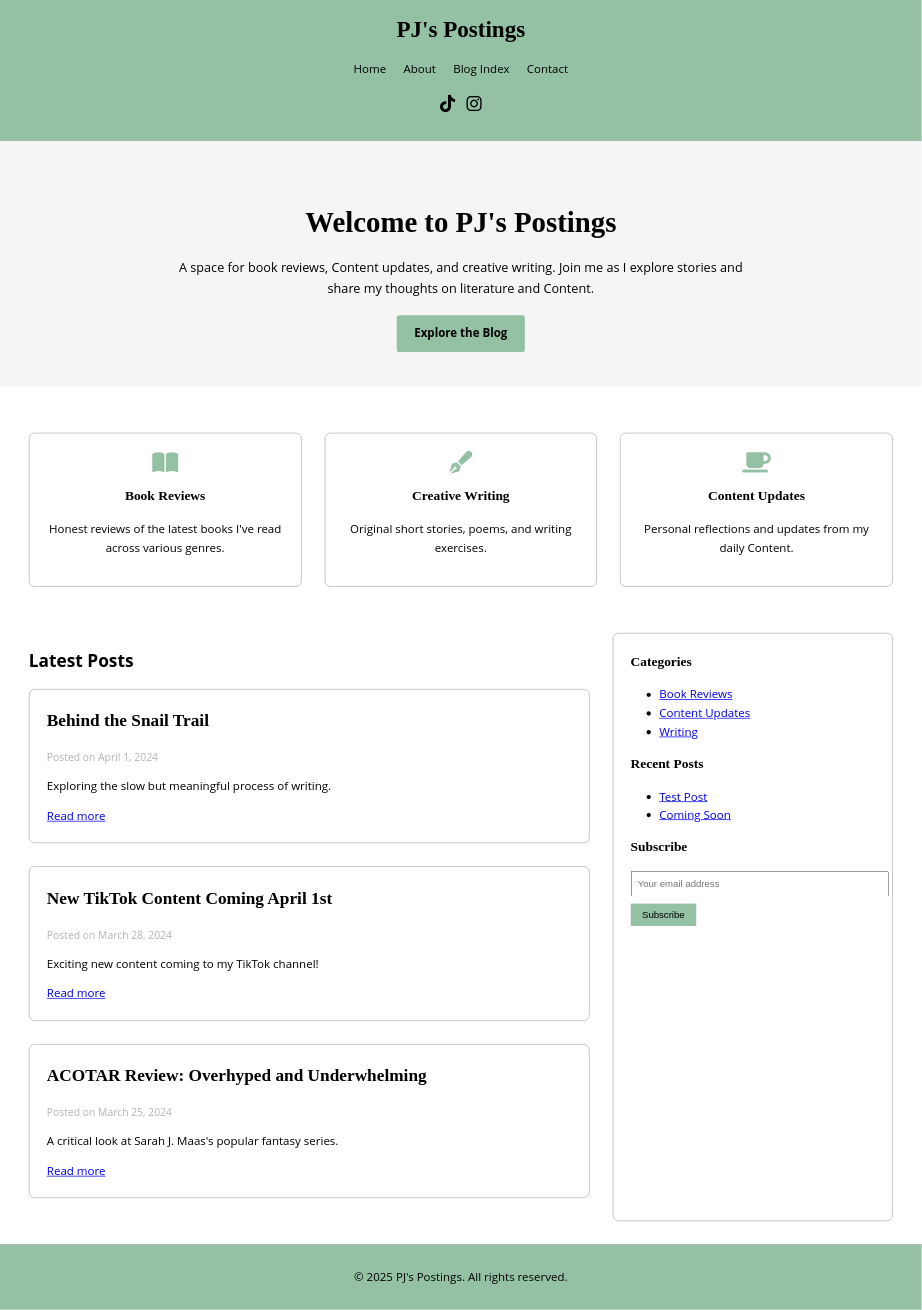
Repository: pjpatrick071/pjpatrick071.github.io
Page: index.html
An editor plug-in stored every save of this project. The page is shown before and after a run of saves, followed by the edit.
The browser window is 1280 px wide. The pictures show the whole page, at 72% of full size.
Some web fonts or font styles are not loaded; a fallback is used.

Above is the page before, as saved 2025-04-03 20:17:30.

### index.html
<!DOCTYPE html>
<html lang="en">
<head>
    <meta charset="UTF-8">
    <meta name="viewport" content="width=device-width, initial-scale=1.0">
    <title>PJ's Postings</title>

    <!-- Fonts -->
    <link href="https://fonts-api.wp.com/css?family=Playfair+Display:400,400i,700,700i|Open+Sans:400,400i,700,700i&subset=latin,latin-ext" rel="stylesheet">

    <!-- Font Awesome (for icons) -->
    <link href="https://cdnjs.cloudflare.com/ajax/libs/font-awesome/6.4.0/css/all.min.css" rel="stylesheet">

    <!-- Main Styles -->
    <style>
        :root {
            --soft-green: #94c0a4;
            --silver: #b3b3b3;
            --black: #000000;
            --white: #ffffff;
        }

        body {
            font-family: 'Open Sans', sans-serif;
            line-height: 1.6;
            margin: 0;
            padding: 0;
            background-color: var(--white);
            color: var(--black);
        }

        /* Header Styles */
        header {
            background-color: var(--soft-green);
            padding: 1rem 0;
            text-align: center;
            border-bottom: 1px solid var(--silver);
        }

        .logo {
            font-size: 2rem;
            font-weight: bold;
            margin: 0;
            color: var(--black);
            font-family: 'Playfair Display', serif;
        }

        /* Navigation */
        nav ul {
            padding: 0;
            list-style: none;
            display: flex;
            justify-content: center;
            gap: 1.5rem;
            margin: 1rem 0;
        }

        nav a {
            text-decoration: none;
            color: var(--black);
            font-weight: 500;
            transition: color 0.3s;
        }

        nav a:hover {
            color: var(--silver);
        }

        /* Hero Section */
        .hero {
            background-color: #f5f5f5;
            padding: 3rem 1rem;
            text-align: center;
            margin-bottom: 2rem;
        }

        .hero h2 {
            font-family: 'Playfair Display', serif;
            font-size: 2.5rem;
            margin-bottom: 1rem;
        }

        .hero p {
            max-width: 800px;
            margin: 0 auto 1.5rem;
            font-size: 1.1rem;
        }

        .cta-button {
            display: inline-block;
            background-color: var(--soft-green);
            color: var(--black);
            padding: 0.8rem 1.5rem;
            border-radius: 4px;
            text-decoration: none;
            font-weight: bold;
            transition: background-color 0.3s;
        }

        .cta-button:hover {
            background-color: #82ad90;
        }

        /* Features Section */
        .features {
            display: flex;
            justify-content: space-around;
            flex-wrap: wrap;
            gap: 2rem;
            padding: 2rem;
            max-width: 1200px;
            margin: 0 auto;
        }

        .feature-card {
            flex: 1;
            min-width: 250px;
            background-color: var(--white);
            border: 1px solid var(--silver);
            border-radius: 8px;
            padding: 1.5rem;
            text-align: center;
        }

        .feature-card i {
            font-size: 2rem;
            color: var(--soft-green);
            margin-bottom: 1rem;
        }

        .feature-card h3 {
            font-family: 'Playfair Display', serif;
            margin-top: 0;
        }

        /* Main Content */
        .container {
            max-width: 1200px;
            margin: 2rem auto;
            padding: 0 1rem;
            display: grid;
            grid-template-columns: 2fr 1fr;
            gap: 2rem;
        }

        /* Blog Posts */
        .blog-post {
            background-color: var(--white);
            border: 1px solid var(--silver);
            border-radius: 8px;
            padding: 1.5rem;
            margin-bottom: 2rem;
        }

        .post-title {
            color: var(--black);
            margin-top: 0;
            font-family: 'Playfair Display', serif;
        }

        .post-meta {
            color: var(--silver);
            font-size: 0.9rem;
            margin-bottom: 1rem;
        }

        /* Sidebar */
        .sidebar {
            background-color: var(--white);
            border: 1px solid var(--silver);
            border-radius: 8px;
            padding: 1.5rem;
        }

        .sidebar-title {
            margin-top: 0;
            color: var(--black);
            font-family: 'Playfair Display', serif;
        }

        /* Footer */
        footer {
            background-color: var(--soft-green);
            text-align: center;
            padding: 1rem 0;
            border-top: 1px solid var(--silver);
            margin-top: 2rem;
        }

        /* Social Icons */
        .social-links {
            display: flex;
            justify-content: center;
            gap: 1rem;
            margin: 1rem 0;
        }

        .social-links a {
            color: var(--black);
            font-size: 1.5rem;
            transition: transform 0.3s;
        }

        .social-links a:hover {
            transform: scale(1.2);
        }

        /* Responsive Design */
        @media (max-width: 768px) {
            .container {
                grid-template-columns: 1fr;
            }

            .features {
                flex-direction: column;
            }
        }
    </style>
</head>
<body>
    <!-- Header -->
    <header>
        <h1 class="logo">PJ's Postings</h1>
        <nav>
            <ul>
                <li><a href="index.html">Home</a></li>
                <li><a href="about.html">About</a></li>
                <li><a href="blog.html"> Blog Index</a></li>
                <li><a href="contact.html">Contact</a></li>
            </ul>
        </nav>

        <!-- Social Links -->
        <div class="social-links">
            <a href="https://www.tiktok.com/@p.j.patrick" target="_blank" rel="noopener noreferrer"><i class="fab fa-tiktok"></i></a>
            <a href="#" target="_blank" rel="noopener noreferrer"><i class="fab fa-instagram"></i></a>
        </div>
    </header>

    <!-- Hero Section -->
    <section class="hero">
        <h2>Welcome to PJ's Postings</h2>
        <p>A space for book reviews, Content updates, and creative writing. Join me as I explore stories and share my thoughts on literature and Content.</p>
        <a href="blog.html" class="cta-button">Explore the Blog</a>
    </section>

    <!-- Features Section -->
    <section class="features">
        <div class="feature-card">
            <i class="fas fa-book-open"></i>
            <h3>Book Reviews</h3>
            <p>Honest reviews of the latest books I've read across various genres.</p>
        </div>
        <div class="feature-card">
            <i class="fas fa-pen-fancy"></i>
            <h3>Creative Writing</h3>
            <p>Original short stories, poems, and writing exercises.</p>
        </div>
        <div class="feature-card">
            <i class="fas fa-coffee"></i>
            <h3>Content Updates</h3>
            <p>Personal reflections and updates from my daily Content.</p>
        </div>
    </section>

    <!-- Main Content -->
    <div class="container">
        <!-- Blog Posts Section -->
        <main>
            <h2>Latest Posts</h2>
            <div id="recent-posts-container">

            </div>
            <!-- Additional posts can be added by duplicating the article element -->
        </main>

        <!-- Sidebar -->
        <aside class="sidebar">
            <h3 class="sidebar-title">Categories</h3>
            <ul>
                <li><a href="blog.html#book-reviews">Book Reviews</a></li>
                <li><a href="blog.html#content-updates">Content Updates</a></li>
                <li><a href="blog.html#writing">Writing</a></li>
            </ul>

            <h3 class="sidebar-title">Recent Posts</h3>
            <ul>
                <li><a href="blog.html#test-post">Test Post</a></li>
                <li><a href="blog.html#coming-soon">Coming Soon</a></li>
            </ul>

            <!-- Email Subscription Form -->
            <h3 class="sidebar-title">Subscribe</h3>
            <form action="#" method="post">
                <input type="email" name="email" placeholder="Your email address" style="width: 100%; padding: 8px; margin-bottom: 10px;">
                <button type="submit" style="background: var(--soft-green); border: none; padding: 8px 16px; cursor: pointer;">Subscribe</button>
            </form>
        </aside>
    </div>

    <!-- Footer -->
    <footer>
        <p>&copy; <script>document.write(new Date().getFullYear());</script> PJ's Postings. All rights reserved.</p>
    </footer>

    <!-- JavaScript for dynamic elements -->
    <script>
        // Simple script to handle mobile menu toggle
        document.addEventListener('DOMContentLoaded', function() {
            // You can add interactive functionality here
            console.log('Blog loaded successfully!');
        });
    </script>
    <script>
        document.addEventListener('DOMContentLoaded', function() {
            // Fetch posts from your JSON file
            fetch('posts.json')
                .then(response => {
                    if (!response.ok) {
                        throw new Error('Network response was not ok');
                    }
                    return response.json();
                })
                .then(data => {
                    const allPosts = data.posts;

                    // Sort posts by date (newest first)
                    allPosts.sort((a, b) => new Date(b.date) - new Date(a.date));

                    // Get only the most recent posts (3 in this case)
                    const recentPosts = allPosts.slice(0, 3);

                    // Display them
                    const container = document.getElementById('recent-posts-container');

                    // Clear any existing content
                    container.innerHTML = '';

                    // Create and append post elements
                    recentPosts.forEach(post => {
                        const postElement = document.createElement('article');
                        postElement.className = 'blog-post';
                        postElement.innerHTML = `
                            <h2 class="post-title">${post.title}</h2>
                            <p class="post-meta">Posted on ${formatDate(post.date)}</p>
                            <div class="entry-content">
                                <p>${post.excerpt}</p>
                                <a href="${post.url}">Read more</a>
                            </div>
                        `;
                        container.appendChild(postElement);
                    });

                    // Show message if no posts found
                    if (recentPosts.length === 0) {
                        container.innerHTML = '<p>No recent posts found.</p>';
                    }
                })
                .catch(error => {
                    console.error('Error loading posts:', error);
                    const container = document.getElementById('recent-posts-container');
                    container.innerHTML = '<p>Error loading recent posts. Please try again later.</p>';
                });

            function formatDate(dateString) {
                const options = { year: 'numeric', month: 'long', day: 'numeric' };
                return new Date(dateString).toLocaleDateString('en-US', options);
            }
        });
        </script>
</body>
</html>

### posts.json

{
  "posts": [{
    "title": "New TikTok Content Coming April 1st",
    "date": "2024-03-28",
    "url": "posts/new-tiktok.html",
    "excerpt": "Exciting new content coming to my TikTok channel!"
},
{
    "title": "ACOTAR Review: Overhyped and Underwhelming",
    "date": "2024-03-25",
    "url": "posts/acotar-review.html",
    "excerpt": "A critical look at Sarah J. Maas's popular fantasy series."
},
{
    "title": "Alternate Universes",
    "date": "2024-03-15",
    "url": "posts/alternate-universes.html",
    "excerpt": "The concept of alternate universes in fiction and how writers can use them effectively."
},
{
    "title": "Website Refresh Coming Soon",
    "date": "2024-03-15",
    "url": "posts/website-updates.html",
    "excerpt": "Plans for improving PJ's Postings."
},
{
    "title": "LOTR Review: A Timeless Masterpiece",
    "date": "2024-02-10",
    "url": "posts/lotr-review.html",
    "excerpt": "Why Tolkien's epic continues to define the fantasy genre."
},
{
    "title": "Behind the Snail Trail",
    "date": "2024-04-01",
    "url": "posts/snail-trail.html",
    "excerpt": "Exploring the slow but meaningful process of writing."
}

  ]
}

After the next 2 saves:
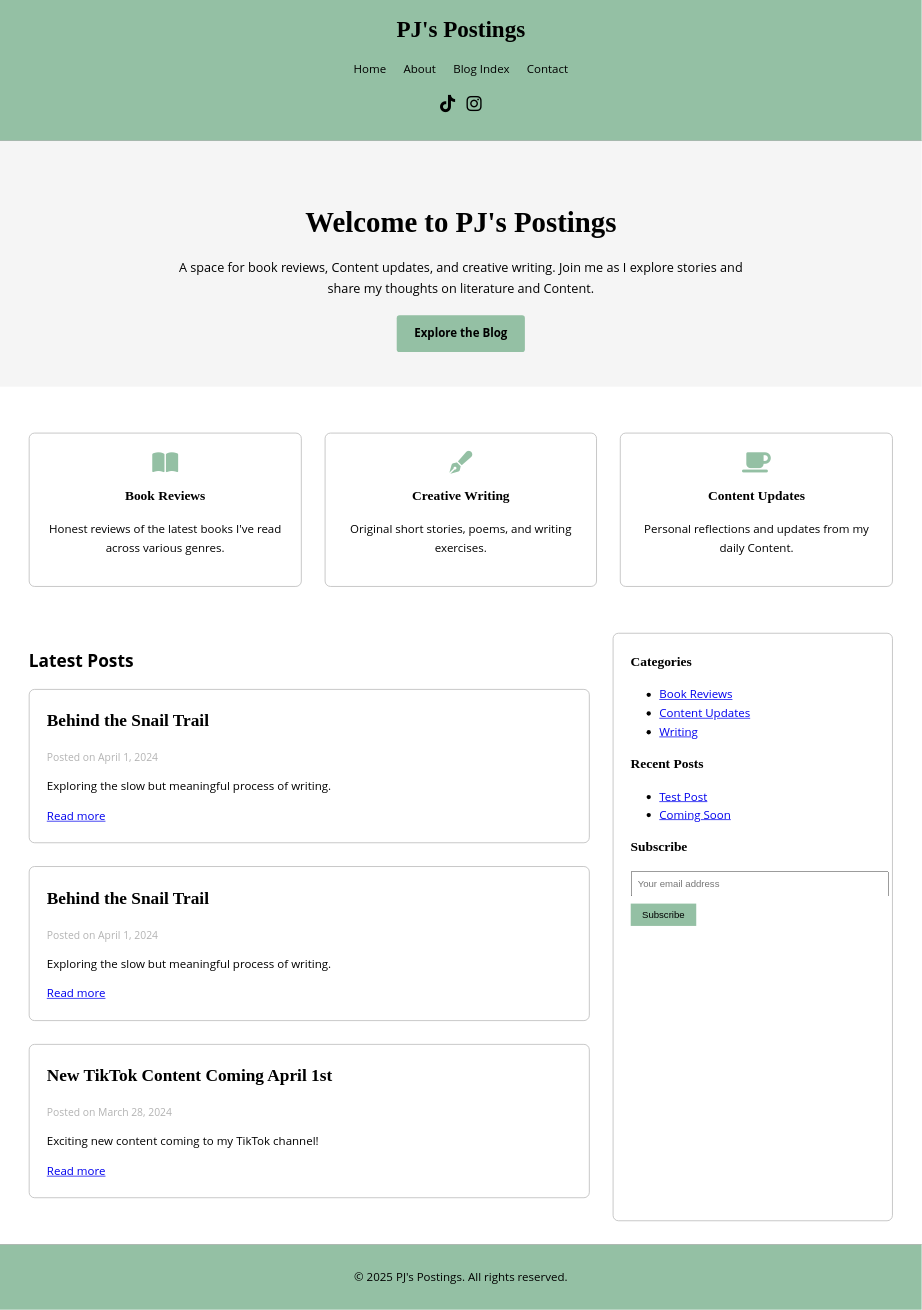
The 2 saves are shown as one change because they came seconds apart.
The last was saved 16 s later.
--- a/posts.json
+++ b/posts.json
@@ -35,6 +35,12 @@
     "date": "2024-04-01",
     "url": "posts/snail-trail.html",
     "excerpt": "Exploring the slow but meaningful process of writing."
+},
+{
+    "title": "Behind the Snail Trail",
+    "date": "2024-04-01",
+    "url": "posts/snail-trail.html",
+    "excerpt": "Exploring the slow but meaningful process of writing."
 }
 
   ]
